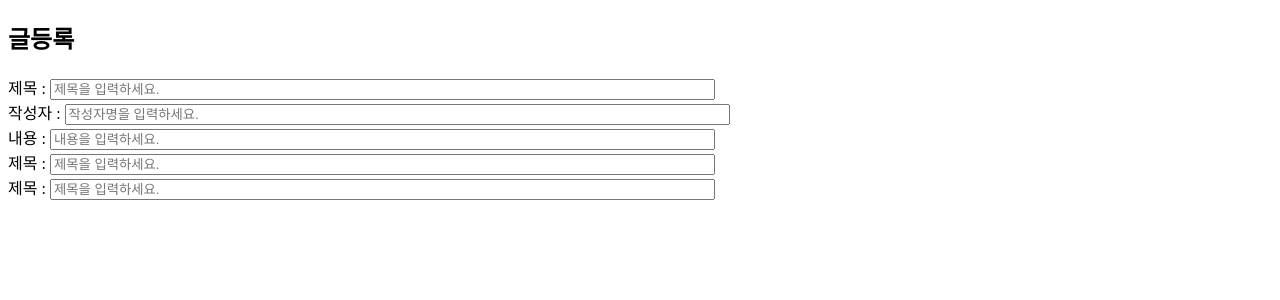
Repository: Park147/Django
Page: jango/pyboard/board/templates/board/register.html
An editor plug-in stored every save of this project. The page is shown before and after the next save, followed by the edit.
The browser window is 1280 px wide. The pictures show the whole page.

Above is the page before, as saved 2023-07-18 07:17:13.

After the next save:
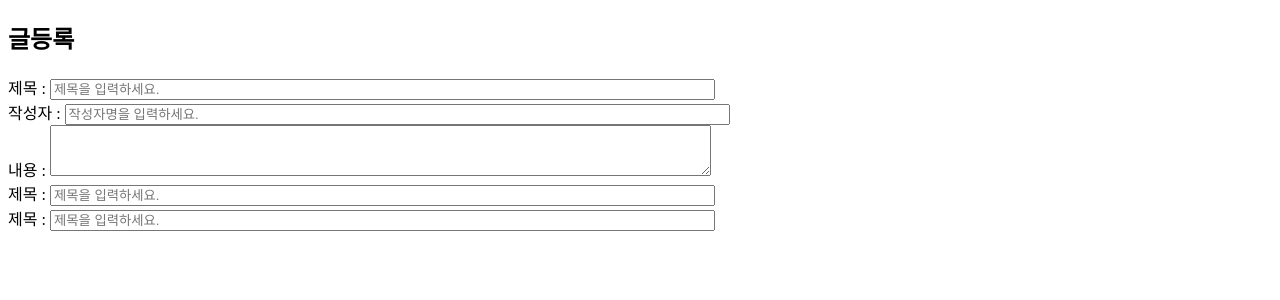
Saved 20 s later.
--- a/jango/pyboard/board/templates/board/register.html
+++ b/jango/pyboard/board/templates/board/register.html
@@ -9,7 +9,7 @@
 	<form id="form1" name="form1" method="post" action="/insert/" enctype="multipart/fore-data">
 		<div> 제목 : <input type="text" name="title" size="80" placeholder="제목을 입력하세요."> </div>
 		<div> 작성자 : <input type="text" name="writer" size="80" placeholder="작성자명을 입력하세요."> </div>
-		<div> 내용 : <input type="text" name="content" size="80" placeholder="내용을 입력하세요."> </div>
+		<div> 내용 : <textarea rows="3" cols="80" name="content"></textarea> </div>
 		<div> 제목 : <input type="text" name="title" size="80" placeholder="제목을 입력하세요."> </div>
 		<div> 제목 : <input type="text" name="title" size="80" placeholder="제목을 입력하세요."> </div>
 	</form>
